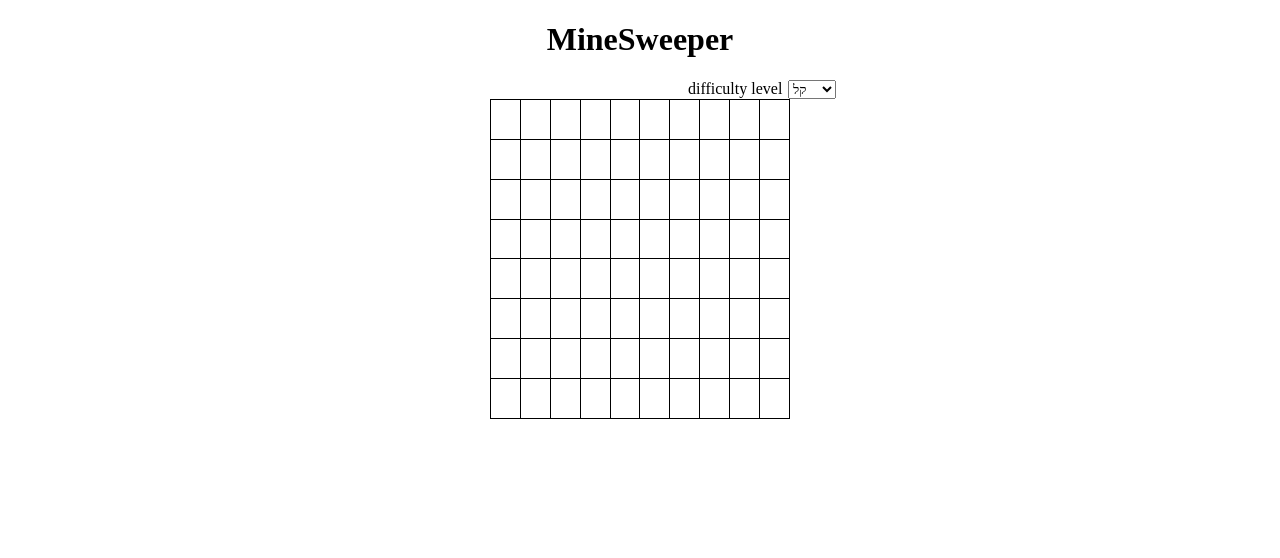
Repository: issaRan/MineSweeper
Page: html/index.html
The author's editor kept a copy of each file at every save. The page is drawn from the files as they stood at one save, then again after the next save.
The browser window is 1280 px wide. The pictures show the whole page.

Above is the page before, as saved 2020-10-20 17:51:53.

### html/index.html
<!DOCTYPE html>
<html lang="en">
<head>
    <meta charset="UTF-8">
    <meta name="viewport" content="width=device-width, initial-scale=1.0">
    <title>MineSweeper</title>
    <link rel="stylesheet" href="../css/styles.css">
    <script src="../js/index.js"></script>
</head>
<body>
    <h1>MineSweeper</h1>
    <div>
        <label for="levels">difficulty level</label>
        <select id="level" onchange="initliazeBoard()">
        <option value="easy">קל</option>
        <option value="medium">בינוני</option>
        <option value="hard">קשה</option>
        </select>
    </div>
    <div>
        <table id="board" class="center" style="height: 320px; width: 300px;">
            <tr>
              <td></td>
              <td></td>
              <td></td>
              <td></td>
              <td></td>
              <td></td>
              <td></td>
              <td></td>
              <td></td>
              <td></td>
            </tr>
            <tr>
              <td></td>
              <td></td>
              <td></td>
              <td></td>
              <td></td>
              <td></td>
              <td></td>
              <td></td>
              <td></td>
              <td></td>
            </tr>
            <tr>
              <td></td>
              <td></td>
              <td></td>
              <td></td>
              <td></td>
              <td></td>
              <td></td>
              <td></td>
              <td></td>
              <td></td>
            </tr>
            <tr>
              <td></td>
              <td></td>
              <td></td>
              <td></td>
              <td></td>
              <td></td>
              <td></td>
              <td></td>
              <td></td>
              <td></td>
            </tr>
            <tr>
              <td></td>
              <td></td>
              <td></td>
              <td></td>
              <td></td>
              <td></td>
              <td></td>
              <td></td>
              <td></td>
              <td></td>
            </tr>
            <tr>
              <td></td>
              <td></td>
              <td></td>
              <td></td>
              <td></td>
              <td></td>
              <td></td>
              <td></td>
              <td></td>
              <td></td>
            </tr>
            <tr>
              <td></td>
              <td></td>
              <td></td>
              <td></td>
              <td></td>
              <td></td>
              <td></td>
              <td></td>
              <td></td>
              <td></td>
            </tr>
            <tr>
              <td></td>
              <td></td>
              <td></td>
              <td></td>
              <td></td>
              <td></td>
              <td></td>
              <td></td>
              <td></td>
              <td></td>
            </tr>
        </div>
          </table>
</body>
</html>

### css/styles.css
h1{
    text-align: center;
}
select {
    font-family: "Times New Roman", Times, serif;
    margin-left: 780px;
}
label {
    font-family: "Times New Roman", Times, serif;
    position: absolute;
    margin-left: 680px;
}
.center {
    margin-left: auto;
    margin-right: auto;
}
table, th, td {
    border: 1px solid black;
    border-collapse: collapse;
}
#dawn {
    margin: 100px;
}

### js/index.js
var BoardSize = {
    row: 0,col:0
}

function initlizeBoardSize(difficulty){
    console.log(difficulty)
    if (difficulty == 'easy'){BoardSize.row = 8,BoardSize.col = 10}
    if (difficulty == 'meduim'){BoardSize.row = 14,BoardSize.col = 18}
    else{BoardSize.row = 20,BoardSize.col=24}
}
function initliazeBoard(){
    initlizeBoardSize(document.getElementById("level").value);

}

function createBoard(){

}

After the next save:
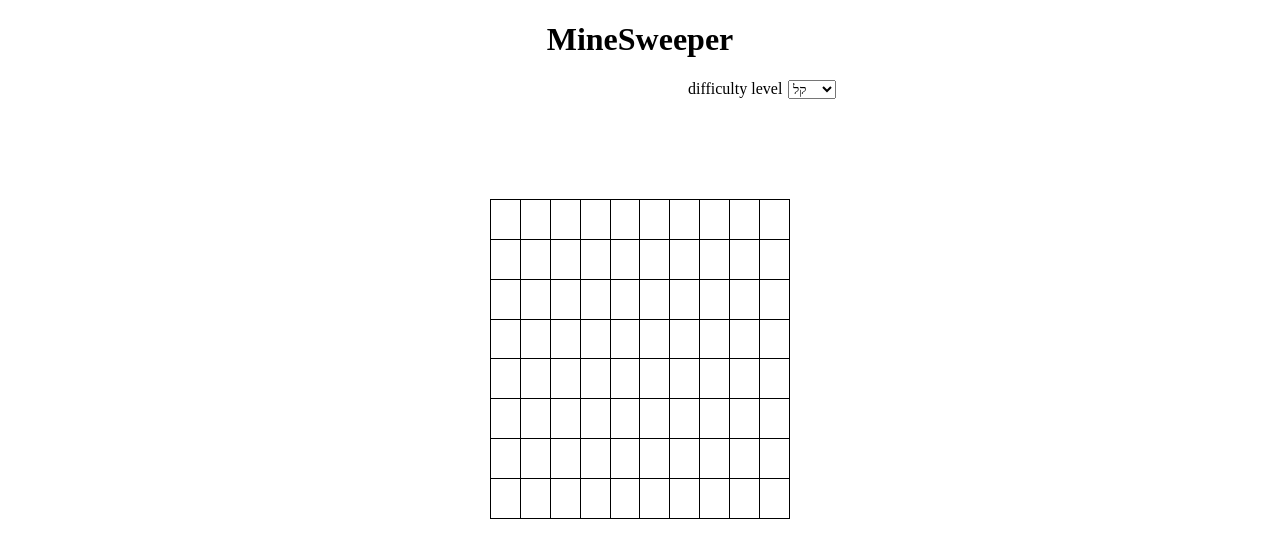
Saved 10 s later.
--- a/html/index.html
+++ b/html/index.html
@@ -17,7 +17,7 @@
         <option value="hard">קשה</option>
         </select>
     </div>
-    <div>
+    <div id="dawn">
         <table id="board" class="center" style="height: 320px; width: 300px;">
             <tr>
               <td></td>
